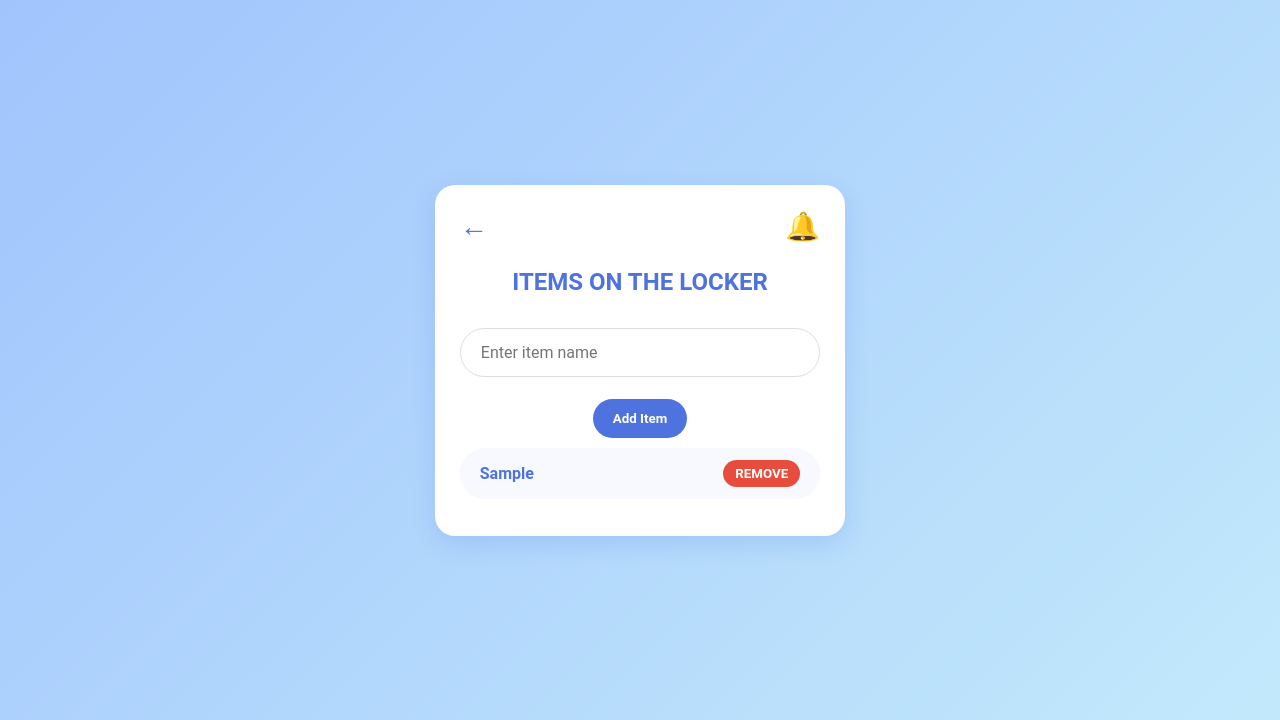
Repository: chaalim/smartlockerapp
Page: smart-locker-app/items.html
These files come from the project's save history. The page is drawn as it stood at one moment and after the next save; the edit follows.
The browser window is 1280 px wide. The pictures show the whole page.
Empty fields were first filled with sample values (such as "Sample", 5 or name@example.com).
After loading, the first visible `#item-form` was submitted once.

Above is the page before, as saved 2025-05-19 15:21:14.

### smart-locker-app/items.html
<!-- items.html -->
<!DOCTYPE html>
<html lang="en">
<head>
  <meta charset="UTF-8" />
  <meta name="viewport" content="width=device-width, initial-scale=1.0"/>
  <title>Smart Locker – Items</title>
  <link rel="stylesheet" href="styles.css" />
</head>
<body>
  <div class="dashboard-container">
    <div class="dashboard-header">
      <span class="icon" onclick="window.location.href='dashboard.html'">&#8592;</span>
      <span class="icon">&#128276;</span>
    </div>
    <h2>ITEMS ON THE LOCKER</h2>
    <form id="item-form">
      <input type="text" id="item-input" class="input" placeholder="Enter item name" required />
      <button type="submit" class="dashboard-btn">Add Item</button>
    </form>
    <div class="item-list" id="item-list">
      <!-- dynamically inserted items -->
    </div>
  </div>
  <script src="app.js"></script>
</body>
</html>

### smart-locker-app/styles.css
/* ===== Global Styles ===== */
* {
  margin: 0;
  padding: 0;
  box-sizing: border-box;
  font-family: 'Roboto', sans-serif;
}

body {
  background: linear-gradient(135deg, #a1c4fd, #c2e9fb);
  color: #333;
  min-height: 100vh;
  display: flex;
  justify-content: center;
  align-items: center;
  padding: 20px;
}

/* ===== Container ===== */
.container {
  background: #ffffff;
  border-radius: 20px;
  padding: 40px 30px;
  box-shadow: 0 8px 24px rgba(46, 89, 217, 0.15);
  width: 100%;
  max-width: 400px;
  text-align: center;
}

/* ===== Logo ===== */
.logo {
  width: 120px;
  margin-bottom: 25px;
  user-select: none;
}

/* ===== Headings ===== */
h1, h2 {
  font-weight: 700;
  color: #4e73df;
  margin-bottom: 20px;
}

/* ===== Inputs ===== */
.input {
  width: 100%;
  padding: 14px 20px;
  margin: 12px 0;
  border: 1.8px solid #ddd;
  border-radius: 25px;
  font-size: 16px;
  transition: border-color 0.3s ease, box-shadow 0.3s ease;
  outline: none;
}

.input:focus {
  border-color: #4e73df;
  box-shadow: 0 0 8px rgba(78, 115, 223, 0.4);
}

/* ===== Buttons ===== */
.btn {
  width: 100%;
  padding: 14px 0;
  background-color: #4e73df;
  color: white;
  border: none;
  border-radius: 25px;
  font-size: 18px;
  font-weight: 600;
  cursor: pointer;
  margin-top: 20px;
  transition: background-color 0.3s ease;
  user-select: none;
}

.btn:hover {
  background-color: #2e59d9;
}

/* ===== Links ===== */
.link {
  display: inline-block;
  margin-top: 15px;
  color: #4e73df;
  font-weight: 600;
  text-decoration: none;
  font-size: 14px;
  transition: color 0.3s ease;
}

.link:hover {
  text-decoration: underline;
  color: #2e59d9;
}

/* ===== Profile Page Specific ===== */
.profile {
  max-width: 450px;
}

.top-bar {
  display: flex;
  align-items: center;
  justify-content: flex-start;
  margin-bottom: 25px;
}

.back-btn {
  font-size: 24px;
  background: none;
  border: none;
  cursor: pointer;
  color: #4e73df;
  user-select: none;
  margin-right: 15px;
  transition: color 0.3s ease;
}

.back-btn:hover {
  color: #2e59d9;
}

.profile-icon {
  width: 50px;
  height: 50px;
  border-radius: 50%;
  user-select: none;
}

.profile-box {
  text-align: left;
  background: #f7f9ff;
  border-radius: 15px;
  padding: 30px;
  box-shadow: inset 0 0 10px rgba(78, 115, 223, 0.1);
}

.profile-details .detail {
  margin-bottom: 18px;
  font-size: 16px;
  color: #555;
}

.profile-details strong {
  color: #4e73df;
}

.btn-edit, .btn-save {
  background-color: #4e73df;
  color: white;
  border-radius: 25px;
  padding: 12px 25px;
  border: none;
  cursor: pointer;
  font-weight: 600;
  width: 100%;
  margin-top: 20px;
  transition: background-color 0.3s ease;
}

.btn-edit:hover, .btn-save:hover {
  background-color: #2e59d9;
}

/* ===== Notifications ===== */
.notifications {
  max-width: 400px;
  margin: 20px auto 0;
}

.notif {
  background-color: #e9f0ff;
  border-left: 5px solid #4e73df;
  padding: 15px 20px;
  margin-bottom: 15px;
  border-radius: 10px;
  font-size: 15px;
  color: #333;
}

.notif small {
  display: block;
  margin-top: 6px;
  color: #666;
}

/* ===== Locker Status ===== */
.locked {
  color: #e74c3c;
  font-weight: 700;
}

.unlocked {
  color: #27ae60;
  font-weight: 700;
}

.log-list {
  list-style-type: none;
  padding-left: 0;
  font-size: 15px;
  color: #444;
  margin-bottom: 20px;
}

.log-list li {
  padding: 8px 0;
  border-bottom: 1px solid #eee;
}

/* ===== Calendar placeholder ===== */
.calendar {
  background: #f7f9ff;
  padding: 15px;
  border-radius: 15px;
  text-align: center;
  font-size: 16px;
  color: #4e73df;
  box-shadow: inset 0 0 10px rgba(78, 115, 223, 0.1);
}

/* ===== Items Page ===== */
.dashboard-container {
  max-width: 420px;
  margin: 20px auto;
  background: white;
  border-radius: 20px;
  padding: 25px;
  box-shadow: 0 8px 24px rgba(46, 89, 217, 0.15);
  text-align: center;
}

.dashboard-header {
  display: flex;
  justify-content: space-between;
  margin-bottom: 25px;
}

.dashboard-header .icon {
  font-size: 28px;
  cursor: pointer;
  color: #4e73df;
  user-select: none;
  transition: color 0.3s ease;
}

.dashboard-header .icon:hover {
  color: #2e59d9;
}

.dashboard-btn {
  background-color: #4e73df;
  color: white;
  padding: 12px 20px;
  border: none;
  border-radius: 25px;
  font-weight: 600;
  cursor: pointer;
  margin: 10px 0;
  transition: background-color 0.3s ease;
}

.dashboard-btn:hover {
  background-color: #2e59d9;
}

.item-list .item {
  background-color: #f7f9ff;
  border-radius: 25px;
  padding: 12px 20px;
  margin-bottom: 12px;
  display: flex;
  justify-content: space-between;
  align-items: center;
  font-weight: 600;
  color: #4e73df;
}

.btn-remove {
  background-color: #e74c3c;
  border: none;
  color: white;
  padding: 6px 12px;
  border-radius: 20px;
  cursor: pointer;
  font-weight: 600;
  transition: background-color 0.3s ease;
  user-select: none;
}

.btn-remove:hover {
  background-color: #c0392b;
}

/* ===== Miscellaneous ===== */
.text-link {
  color: #4e73df;
  text-decoration: none;
  font-weight: 600;
  margin-top: 15px;
  display: inline-block;
}

.text-link:hover {
  text-decoration: underline;
  color: #2e59d9;
}

/* ===== Responsive ===== */
@media (max-width: 480px) {
  .container, .dashboard-container {
    padding: 30px 20px;
    width: 100%;
    margin: 10px;
  }
}

### smart-locker-app/js/app.js
// ===== Navigation Helpers =====
function navigateTo(page) {
  window.location.href = page;
}

// For pages that used inline goBack()
function goBack() {
  // Guessing most “back” buttons go to dashboard
  navigateTo('dashboard.html');
}

// ===== Authentication =====
function signIn() {
  const emailEl = document.getElementById('signin-email')
                || document.querySelectorAll('.input')[0];
  const passEl  = document.getElementById('signin-password')
                || document.querySelectorAll('.input')[1];

  const email    = emailEl.value.trim();
  const password = passEl.value.trim();

  if (email && password) {
    alert('Login successful!');
    navigateTo('dashboard.html');
  } else {
    alert('Please enter your credentials.');
  }
}

function register() {
  const userEl = document.getElementById('reg-username')
              || document.querySelector('input[placeholder="User Name"]');
  const emailEl= document.getElementById('reg-email')
              || document.querySelector('input[type="email"]');
  const passEl = document.getElementById('reg-password')
              || document.querySelector('input[type="password"]');

  const username = userEl.value.trim();
  const email    = emailEl.value.trim();
  const password = passEl.value.trim();

  if (username && email && password) {
    alert('Registered successfully!');
    navigateTo('index.html');
  } else {
    alert('Please fill all fields.');
  }
}

// ===== Profile =====
function saveProfile() {
  // Placeholder: hook into form or backend here
  alert('Profile updated!');
  navigateTo('profile.html');
}

// ===== DOM-Loaded Wiring =====
document.addEventListener('DOMContentLoaded', () => {
  // ITEMS PAGE: add & remove
  const itemForm  = document.getElementById('item-form');
  const itemInput = document.getElementById('item-input');
  const itemList  = document.getElementById('item-list');

  if (itemForm && itemInput && itemList) {
    itemForm.addEventListener('submit', e => {
      e.preventDefault();
      const val = itemInput.value.trim();
      if (!val) return;

      const div = document.createElement('div');
      div.className = 'item';
      div.style.display = 'flex';
      div.style.justifyContent = 'space-between';
      div.style.alignItems = 'center';
      div.innerHTML = `
        <span>${val}</span>
        <button class="btn-remove">REMOVE</button>
      `;
      itemList.appendChild(div);

      div.querySelector('.btn-remove').addEventListener('click', () => {
        div.remove();
      });

      itemInput.value = '';
    });
  }

  // NOTIFICATIONS PAGE: static list
  const notifContainer = document.querySelector('.notifications');
  if (notifContainer) {
    notifContainer.innerHTML = ''; // clear existing
    const messages = [
      'Your Smart Locker has been locked.',
      'Item “Laptop” removed successfully.',
      'Unauthorized access attempt detected!'
    ];
    messages.forEach(msg => {
      const n = document.createElement('div');
      n.className = 'notif';
      n.innerHTML = `Smart Locker<br/><small>${msg}</small>`;
      notifContainer.appendChild(n);
    });
  }

  // STATUS PAGE: static log
  const logList = document.querySelector('.log-list');
  if (logList) {
    logList.innerHTML = '';
    ['LOCKED - 8:12 AM', 'UNLOCKED - 7:30 AM', 'ATTEMPT - 7:15 AM']
      .forEach(entry => {
        const li = document.createElement('li');
        li.textContent = entry;
        logList.appendChild(li);
      });
  }

  // Hook generic back buttons (if any)
  document.querySelectorAll('.back-btn, .icon.back').forEach(btn =>
    btn.addEventListener('click', goBack)
  );
});

After the next save:
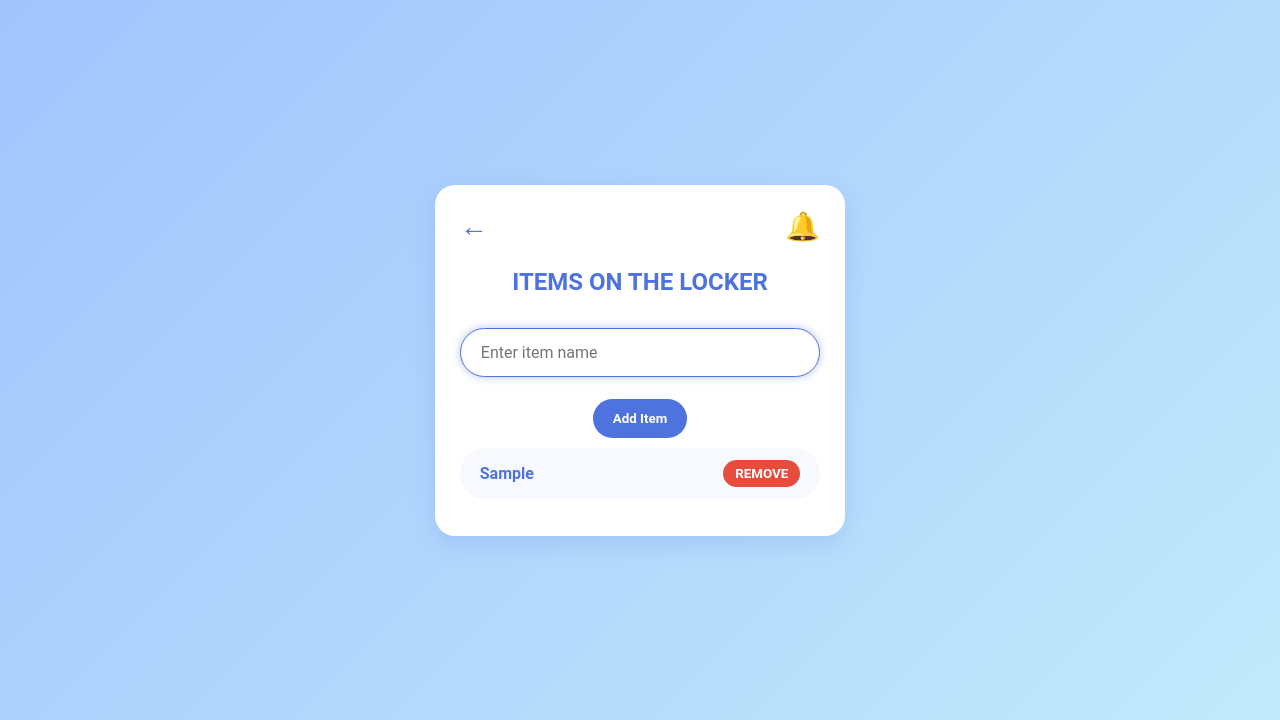
Saved 2 min 54 s later.
--- a/smart-locker-app/items.html
+++ b/smart-locker-app/items.html
@@ -10,18 +10,64 @@
 <body>
   <div class="dashboard-container">
     <div class="dashboard-header">
-      <span class="icon" onclick="window.location.href='dashboard.html'">&#8592;</span>
-      <span class="icon">&#128276;</span>
+      <span class="icon" onclick="goTo('dashboard.html')">&#8592;</span>
+      <span class="icon" onclick="goTo('notifications.html')">&#128276;</span>
     </div>
+
     <h2>ITEMS ON THE LOCKER</h2>
+
     <form id="item-form">
-      <input type="text" id="item-input" class="input" placeholder="Enter item name" required />
+      <input
+        type="text"
+        id="item-input"
+        class="input"
+        placeholder="Enter item name"
+        required
+      />
       <button type="submit" class="dashboard-btn">Add Item</button>
     </form>
-    <div class="item-list" id="item-list">
-      <!-- dynamically inserted items -->
-    </div>
+
+    <div class="item-list" id="item-list"></div>
   </div>
-  <script src="app.js"></script>
+
+  <script>
+    // Navigation helper (if not in app.js)
+    function goTo(page) {
+      window.location.href = page;
+    }
+
+    document.addEventListener('DOMContentLoaded', () => {
+      const form = document.getElementById('item-form');
+      const input = document.getElementById('item-input');
+      const list  = document.getElementById('item-list');
+
+      form.addEventListener('submit', e => {
+        e.preventDefault();
+        const val = input.value.trim();
+        if (!val) return;
+
+        // Create item container
+        const itemDiv = document.createElement('div');
+        itemDiv.className = 'item';
+        itemDiv.style.display = 'flex';
+        itemDiv.style.justifyContent = 'space-between';
+        itemDiv.style.alignItems = 'center';
+        itemDiv.innerHTML = `
+          <span>${val}</span>
+          <button class="btn-remove">REMOVE</button>
+        `;
+
+        // Append and hook remove
+        list.appendChild(itemDiv);
+        itemDiv.querySelector('.btn-remove').addEventListener('click', () => {
+          itemDiv.remove();
+        });
+
+        // Clear input
+        input.value = '';
+        input.focus();
+      });
+    });
+  </script>
 </body>
 </html>
